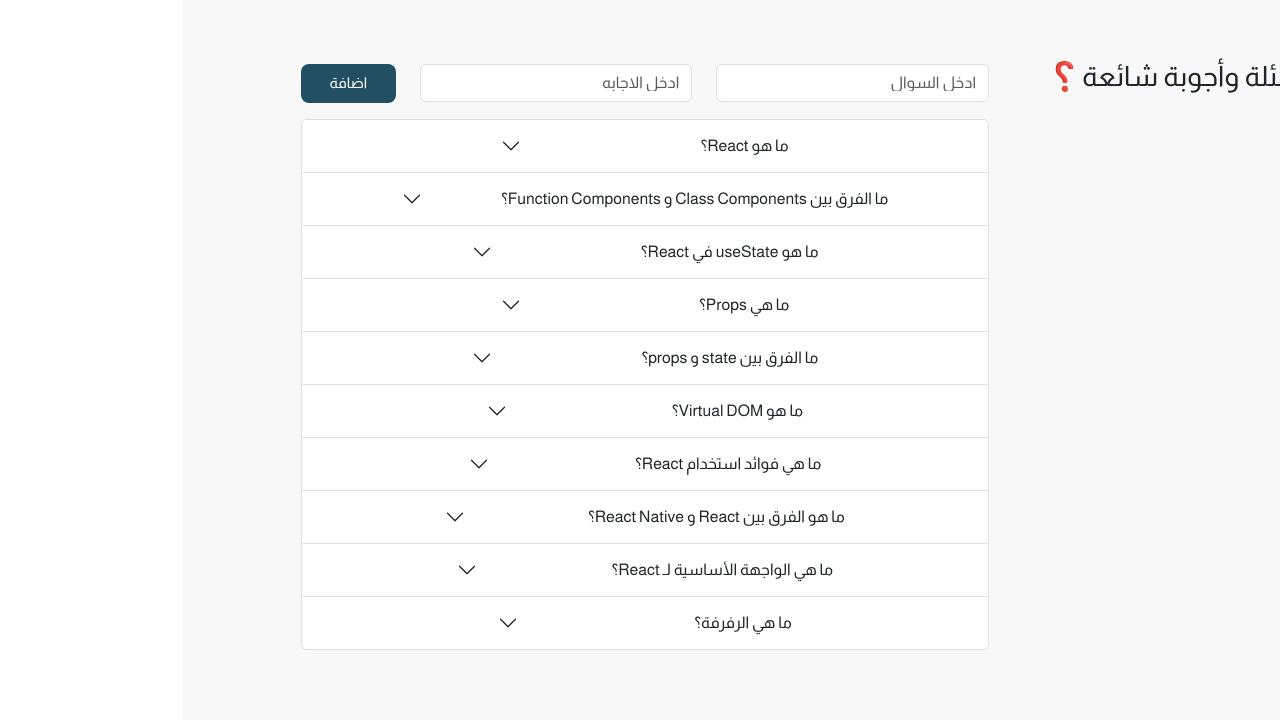
Repository: kerlos-alfy/Questions-And-Answers
Page: /
The author's editor kept a copy of each file at every save. The page is drawn from the files as they stood at one save, then again after the next save.
The browser window is 1280 px wide. The pictures show the whole page.
Some web fonts or font styles are not loaded; a fallback is used. The project was rebuilt for these pictures with package versions that can differ from the ones it lists, and the page was loaded fresh each time. Also part of the build but not shown: vite.config.js, src/App.css.

Above is the page before, as saved 2024-12-19 06:40:49.

### index.html
<!DOCTYPE html>
<html lang="ar" dir="rtl">
	<head>
		<meta charset="UTF-8" />
		<link rel="icon" type="image/svg+xml" href="https://img.icons8.com/?size=100&id=EtlPmfgnN7sW&format=png" />
		<link
			rel="stylesheet"
			href="https://cdn.jsdelivr.net/npm/bootstrap@5.3.2/dist/css/bootstrap.min.css"
			integrity="sha384-T3c6CoIi6uLrA9TneNEoa7RxnatzjcDSCmG1MXxSR1GAsXEV/Dwwykc2MPK8M2HN"
			crossorigin="anonymous" />
		<!-- Start Font Google Arabic  -->
		<link rel="preconnect" href="https://fonts.googleapis.com" />
		<link rel="preconnect" href="https://fonts.gstatic.com" crossorigin />
		<link
			href="https://fonts.googleapis.com/css2?family=Alkalami&family=Almarai:wght@300;400;700;800&family=Cairo:wght@200..1000&family=Rakkas&display=swap"
			rel="stylesheet" />
		<!-- End Font Google Arabic  -->
		<meta name="viewport" content="width=device-width, initial-scale=1.0" />
		<title>Question and Answer ❓</title>
	</head>
	<body>
		<div id="root"></div>
		<script type="module" src="/src/main.jsx"></script>
	</body>
</html>

### src/index.css
body {
	margin: 0;
}
.color-body {
	height: 100vh;
	background-color: #f8f8f8;
}
.font {
	font-family: "Almarai", sans-serif;
	font-size: 15px;
}

.btn-color {
	border: none;
	border-radius: 8px;
	color: white;
	background-color: #224f61;
	padding: 8px;
}
.btn-color:hover {
	color: rgb(148, 148, 162);
}

.img-avatar {
	height: 60px;
	width: 60px;
	border-radius: 50%;
}

.mt-0 {
	margin-top: 0;
}

.font-decription {
	color: #8c8c8c;
	font-family: Almarai;
	font-size: 16px;
	font-weight: bold;
	letter-spacing: 0;
	line-height: 20px;
	text-align: right;
}

.font-title {
	font-family: Almarai;
	font-size: 21px;
	font-weight: bold;
	letter-spacing: 0;
	line-height: 28px;
	text-align: right;
}

### src/App.jsx
import { Container, Col, Row } from "react-bootstrap";

import "./App.css";
import FormInput from "./components/FormInput";
import QAList from "./components/QAList";
import data from "./data";

function App() {
	return (
		<div className="font text-center color-body">
			<Container className="p-5">
				<Row className="justify-content-center">
					<Col sm="4">
						<div className="fs-3 text-center py-2">
							أسئلة وأجوبة شائعة
							<span style={{ display: "inline-block", transform: "scaleX(-1)" }}>❓</span>
						</div>
					</Col>
					<Col sm="8">
						<FormInput />
						<QAList data={data} />
					</Col>
				</Row>
			</Container>
		</div>
	);
}

export default App;

### src/components/FormInput.jsx
import { Col, Row, Form } from "react-bootstrap";

const FormInput = () => {
	return (
		<Row className="my-3">
			<Col sm="5">
				<Form.Control type="text" placeholder="ادخل السوال" />
			</Col>

			<Col sm="5">
				<Form.Control type="text" placeholder="ادخل الاجابه" />
			</Col>
			<Col sm="2">
				<button className="btn-color w-100" type="submit">
					اضافة
				</button>
			</Col>
		</Row>
	);
};

export default FormInput;

### src/components/QAList.jsx
/* eslint-disable react/prop-types */
import { Row, Accordion } from "react-bootstrap";

const QAList = ({ data }) => {
	return (
		<Row>
			<Accordion>
				{data.length > 0 ? (
					data.map((item, index) => {
						return (
							<Accordion.Item eventKey={index.toString()} key={index}>
								<Accordion.Header>
									<div className="m-auto">{item.question}</div>
								</Accordion.Header>
								<Accordion.Body className="text-end">
									<div className="px-3 d-inline ">{item.answer}</div>
									<button className="btn-color">مسح</button>
								</Accordion.Body>
							</Accordion.Item>
						);
					})
				) : (
					<div className="text-center font-title">لا يوجد أسئلة</div>
				)}
			</Accordion>
		</Row>
	);
};

export default QAList;

### src/data.js
const data = [
	{
		question: "ما هو React؟",
		answer: "React مكتبة JavaScript تُستخدم لبناء واجهات المستخدم الديناميكية.",
	},
	{
		question: "ما الفرق بين Class Components و Function Components؟",
		answer:
			"Class Components تعتمد على ES6 classes وتُستخدم مع الطرق التقليدية، بينما Function Components تعتمد على دوال JavaScript العادية وتدعم استخدام Hooks.",
	},
	{
		question: "ما هو useState في React؟",
		answer: "useState هو Hook يُستخدم لإدارة الحالة (state) داخل Function Components.",
	},
	{
		question: "ما هي Props؟",
		answer: "Props هي خصائص تُمرر إلى المكونات كوسيلة لنقل البيانات من مكون أبوي إلى مكون فرعي.",
	},
	{
		question: "ما الفرق بين state و props؟",
		answer: "State تُستخدم لإدارة البيانات الداخلية للمكون، بينما props تُستخدم لنقل البيانات بين المكونات.",
	},
	{
		question: "ما هو Virtual DOM؟",
		answer: "Virtual DOM هو نسخة خفيفة من DOM الفعلي تُستخدم لتحسين الأداء في React.",
	},
	{
		question: "ما هي فوائد استخدام React؟",
		answer: "سهولة إعادة الاستخدام، الأداء العالي بفضل Virtual DOM، والمجتمع الضخم الداعم.",
	},
	{
		question: "ما هو الفرق بين React و React Native؟",
		answer: "React تُستخدم لبناء تطبيقات الويب، بينما React Native تُستخدم لبناء تطبيقات الهاتف المحمول.",
	},
	{
		question: "ما هي الواجهة الأساسية لـ React؟",
		answer: "الواجهة الأساسية لـ React هي JSX، وهي عبارة عن امتداد لـ JavaScript يسمح بكتابة HTML داخل JavaScript.",
	},
	{
		question: "ما هي الرفرفة؟",
		answer: "الرفرفة (rendering) هي عملية تحديث واجهة المستخدم بناءً على التغيرات في البيانات أو الحالة.",
	},
];
export default data;

Loaded but not shown: src/main.jsx (common file)

After the next save:
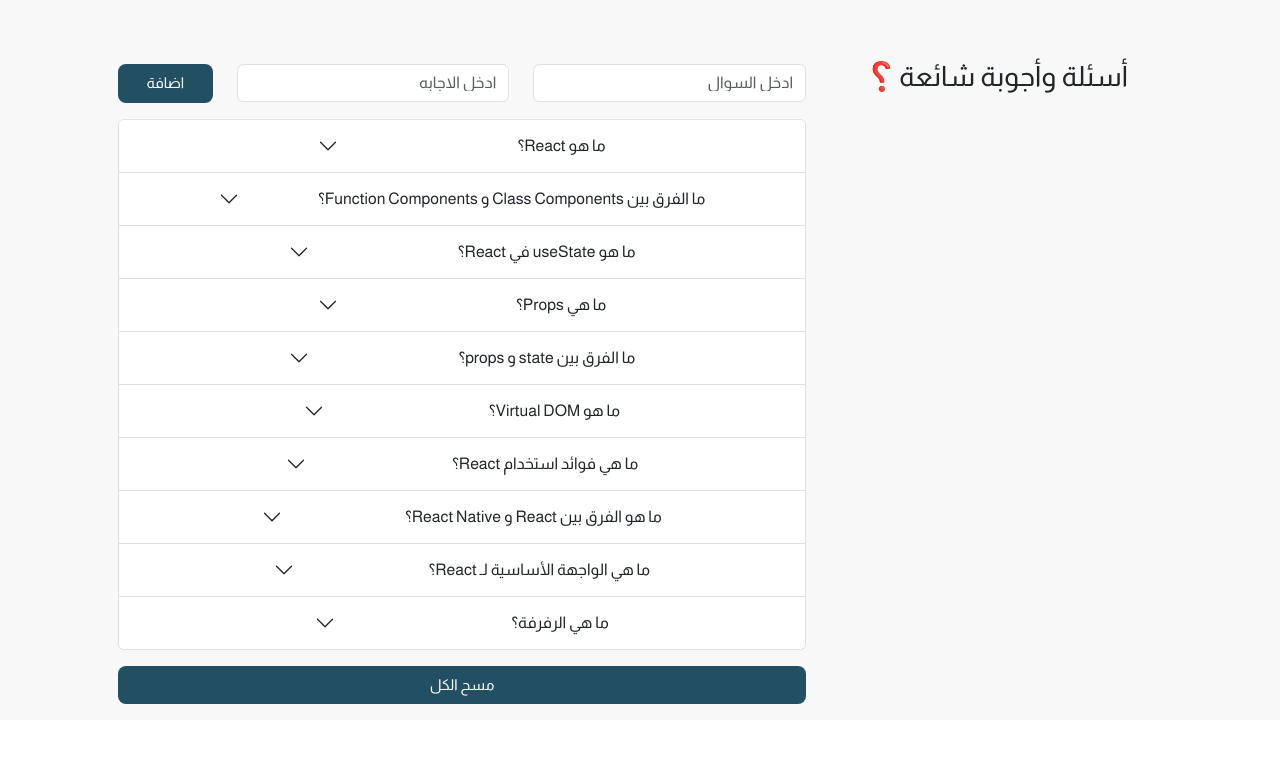
Saved 8 min 31 s later.
--- a/src/App.jsx
+++ b/src/App.jsx
@@ -19,6 +19,7 @@
 					<Col sm="8">
 						<FormInput />
 						<QAList data={data} />
+						<button className="btn-color w-100 my-3">مسح الكل</button>
 					</Col>
 				</Row>
 			</Container>
